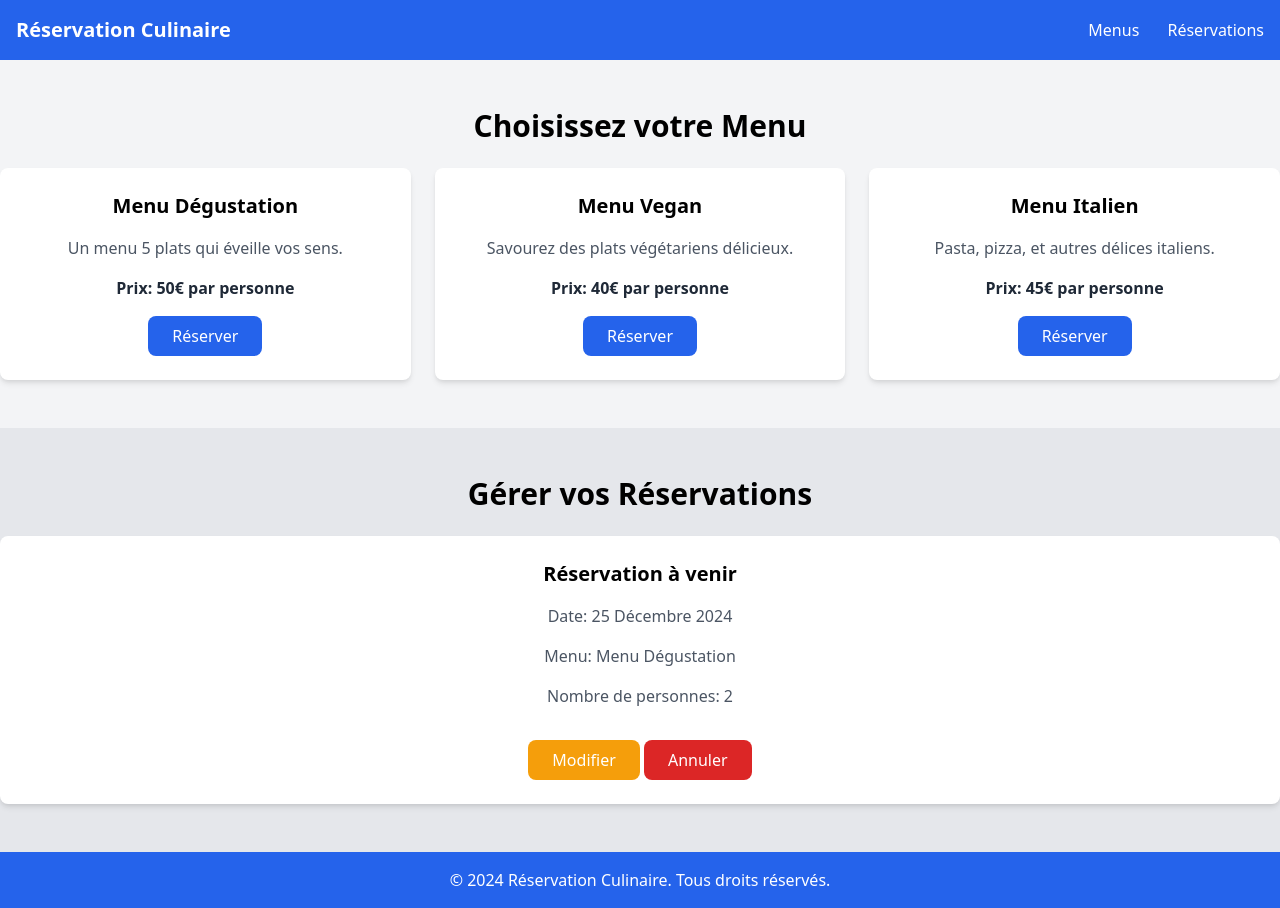
Repository: HamzaChehlaoui/Site-Web-pour-un-Chef-Cuisinier
Page: http://localhost/menuutil.php
These files come from the project's save history. The page is drawn as it stood at one moment and after the next save; the edit follows.
The browser window is 1280 px wide. The pictures show the whole page.
The page is run by PHP 8.4 with error messages shown; the project is at /var/www/html/.

Above is the page before, as saved 2024-12-18 16:47:48.

After the next save:
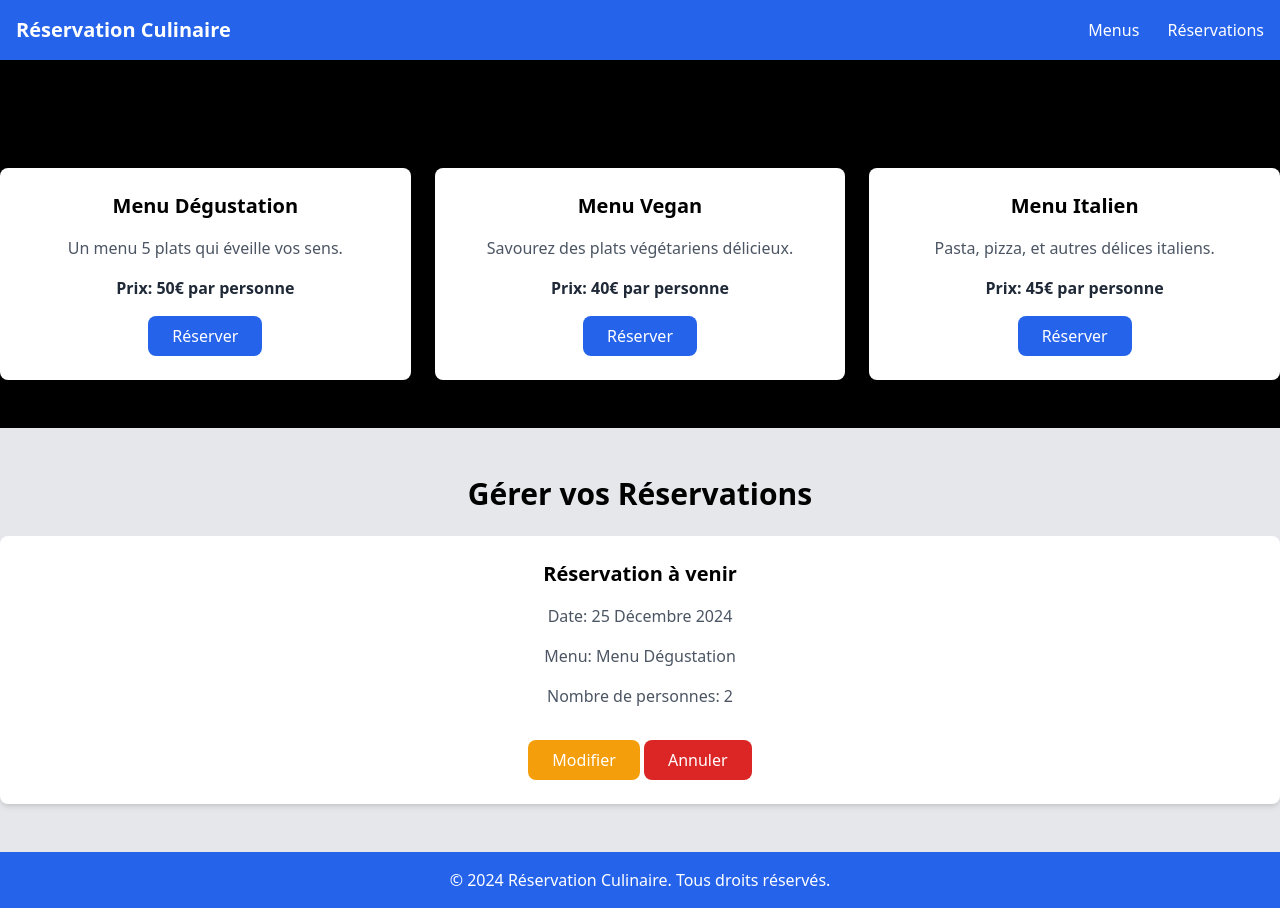
Saved 2 min 21 s later.
--- a/menuutil.php
+++ b/menuutil.php
@@ -6,7 +6,7 @@
     <title>Réservation d'Expérience Culinaire</title>
     <link href="https://cdn.jsdelivr.net/npm/tailwindcss@2.2.19/dist/tailwind.min.css" rel="stylesheet">
 </head>
-<body class="bg-gray-100 font-sans">
+<body class="bg-black font-sans">
 
     <!-- Navbar -->
     <header class="bg-blue-600 text-white p-4">
